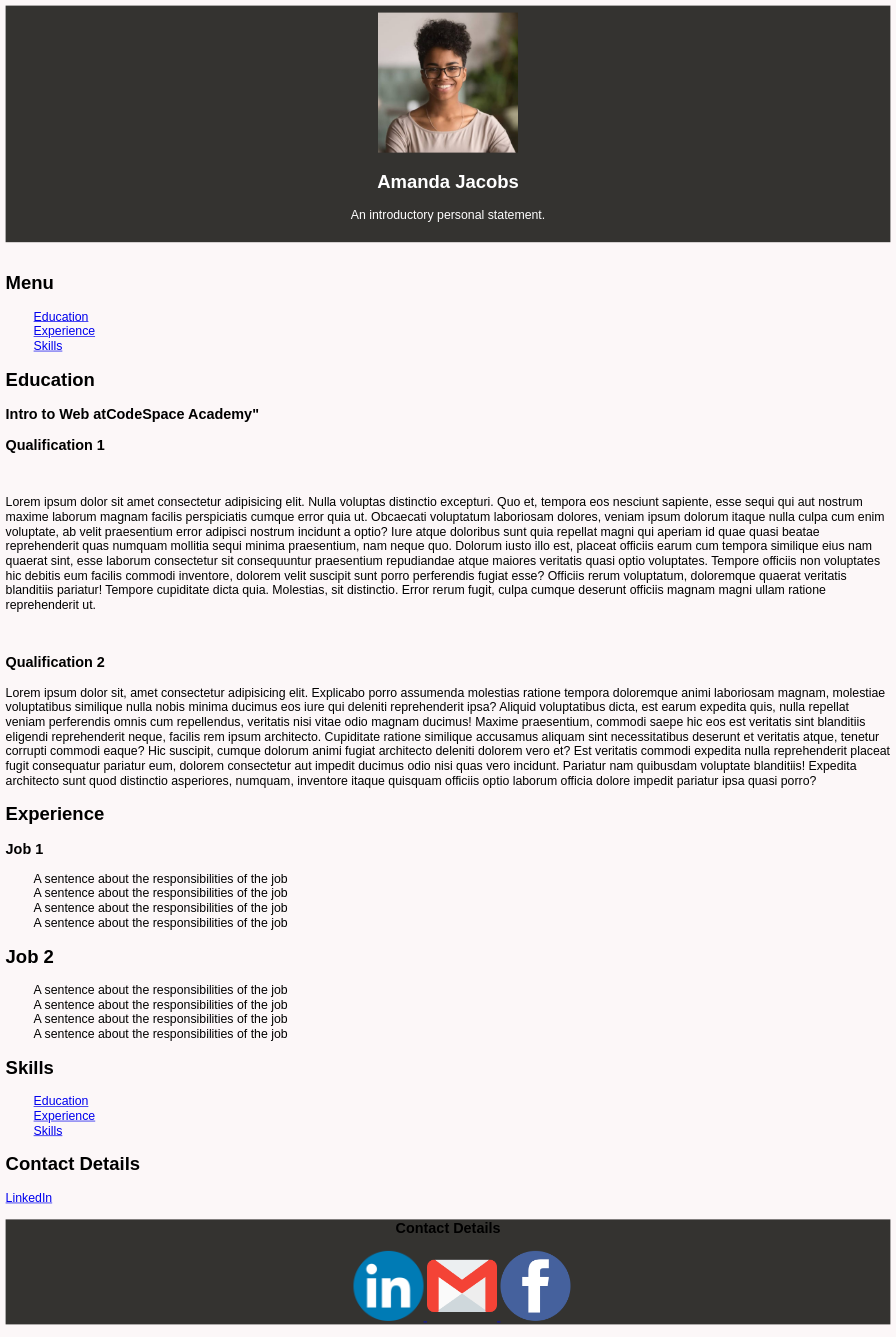
Repository: LeonardMhere/Resume-3
Page: resume `3/index.html
These files come from the project's save history. The page is drawn as it stood at one moment and after the next save; the edit follows.
The browser window is 1280 px wide. The pictures show the whole page, at 70% of full size.

Above is the page before, as saved 2023-03-23 09:12:58.

### resume `3/index.html
<!DOCTYPE html>
<html lang="en">
    <meta charset="UTF-8">
    <meta http-equiv="X-UA-Compatible" content="IE=edge">
    <meta name="viewport" content="width=device-width, initial-scale=1.0">
    <link rel="stylesheet" href="css/stylesheet.css">

<head>
    <title>Amanda Jacobs</title>
</head>

<body>


  <header id="heading">
 <aside>
   <img id="profilePhoto" src="./images/profilePhoto.jpeg" width="200px"
   alt="Error Thumbnail">

  <h1>Amanda Jacobs</h1>
  <p>An introductory personal statement.</p>

    </header>

    <br/>
<main>
  <section>
   <article>
     <div id="sidebar">
      <nav>
        <h2>Menu</h2>

    <ul class="nav-menu">
      <li><a href="education">Education</a></li>
      <li><a href="experience">Experience</a></li>
      <li><a href="skills">Skills</a></li>
  </ul>
</nav>
</aside>



<div class="box-1">
  <h2 id="education">Education</h2>
  <h3>Intro to Web at<a href="http://codespace.co.za/"></a>CodeSpace Academy"</a></h3>



  <h3>Qualification 1</h3>
  <br/>
     <p>Lorem ipsum dolor sit amet consectetur adipisicing elit. Nulla voluptas distinctio excepturi.
       Quo et, tempora eos nesciunt sapiente, esse sequi qui aut nostrum maxime laborum magnam facilis perspiciatis cumque error quia ut. Obcaecati voluptatum laboriosam dolores, veniam ipsum dolorum itaque nulla culpa cum enim voluptate,
       ab velit praesentium error adipisci nostrum incidunt a optio? Iure atque doloribus sunt quia repellat magni qui aperiam id quae quasi beatae reprehenderit quas numquam mollitia sequi minima praesentium, nam neque quo. Dolorum iusto illo est, placeat officiis earum cum tempora similique eius nam quaerat sint, esse laborum consectetur sit consequuntur praesentium repudiandae atque maiores veritatis quasi optio voluptates. Tempore officiis non voluptates hic debitis eum facilis commodi inventore, dolorem velit suscipit sunt porro perferendis fugiat esse? Officiis rerum voluptatum, doloremque quaerat veritatis blanditiis pariatur! Tempore cupiditate dicta quia. Molestias, sit distinctio. Error rerum fugit, culpa cumque deserunt officiis magnam magni ullam ratione reprehenderit ut.
      </p>
    </div>
      <br/>

  <div class="box-2">
   <h3>Qualification 2</h3>

      <p>
        Lorem ipsum dolor sit, amet consectetur adipisicing elit. Explicabo porro assumenda molestias ratione tempora doloremque animi laboriosam magnam, molestiae voluptatibus similique nulla nobis minima ducimus eos iure qui deleniti reprehenderit ipsa? Aliquid voluptatibus dicta, est earum expedita quis, nulla repellat veniam perferendis omnis cum repellendus, veritatis nisi vitae odio magnam ducimus! Maxime praesentium, commodi saepe hic eos est veritatis sint blanditiis eligendi reprehenderit neque, facilis rem ipsum architecto. Cupiditate ratione similique accusamus aliquam sint necessitatibus deserunt et veritatis atque, tenetur corrupti commodi eaque? Hic suscipit, cumque dolorum animi fugiat architecto deleniti dolorem vero et? Est veritatis commodi expedita nulla reprehenderit placeat fugit consequatur pariatur eum, dolorem consectetur aut impedit ducimus odio nisi quas vero incidunt. Pariatur nam quibusdam voluptate blanditiis! Expedita architecto sunt quod distinctio asperiores, numquam, inventore itaque quisquam officiis optio laborum officia dolore impedit pariatur ipsa quasi porro?
      </p>
    </div>


    <h2 id="experience">Experience</h2>

    <h3>Job 1</h3>
    <p>
        <ul>
            <li>A sentence about the responsibilities of the job</li>
            <li>A sentence about the responsibilities of the job</li>
            <li>A sentence about the responsibilities of the job</li>
            <li>A sentence about the responsibilities of the job</li>
        </ul>
    </p>



    <h2>Job 2</h2>

     <p>
        <ul>
            <li>A sentence about the responsibilities of the job</li>
            <li>A sentence about the responsibilities of the job</li>
            <li>A sentence about the responsibilities of the job</li>
            <li>A sentence about the responsibilities of the job</li>
        </ul>
     </p>



      <h2 id="skills">Skills</h2>

<ul>
  <li><a href="#education">Education</a></li>
  <li><a href="#experience">Experience</a></li>
  <li><a href="#Skills">Skills</a></li>
</ul>
</p>

<h2>Contact Details</h2>
<p><a href="http://linkedin.com">LinkedIn</a>

    </section>
  </article>
</main>








<footer>
    <h3>Contact Details</h3>
    <ul>
       <a href="http://linkedin.com" target="_blank">
           <img class="icons" src="images/linkedinIcon.png"
           alt="Amanda Jacobs Linkedin"
           width="100px">

       </a>

       <a href="//http://gmail.com" target="_blank">
        <img class="icons" src="images/gmailIcon.png"
        alt="Amanda Jacobs Gmail"
        width="100px">
       </a>

       <a href="//http://facebook.com" target="_blank">
        <img class="icons" src="images/facebookIcon.png"
        alt="Amanda Jacobs facebook Account"
        width="100px">
       </a>
</ul>
</footer>











</body>
</html>

### resume `3/css/stylesheet.css
body{
  font-family: sans-serif;
  font-size:110%;
  background-color: #FCF7F8;
}

header {
  text-align: center;
  background-color: #343330;
  color: white;
  padding: 10px 0 10px ;
}

menu {
  background-color: #343330;
}


.nav-menu{
    border: ;
    width: fit-content;
    padding left: 10px;
    padding right: 10px;
    overflow: auto;
    background-color:
}

ul {
  list-style: none;
}





footer {
  background-color: #343330;
  text-align: center;
}

After the next save:
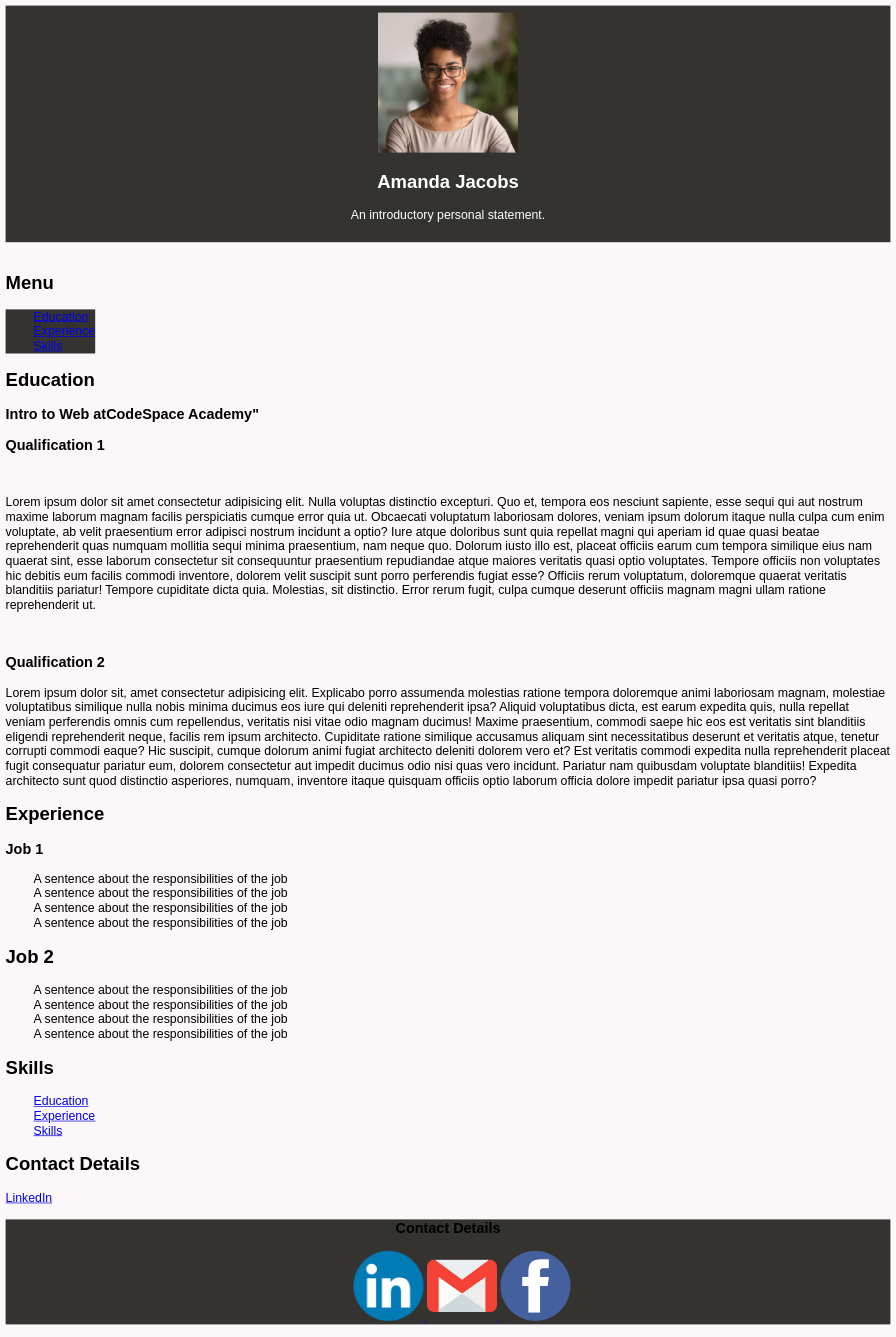
Saved 56 s later.
--- a/resume `3/css/stylesheet.css
+++ b/resume `3/css/stylesheet.css
@@ -17,7 +17,7 @@
 
 
 .nav-menu{
-    border: ;
+    background-color:#343330;
     width: fit-content;
     padding left: 10px;
     padding right: 10px;

After the 3 saves that followed:
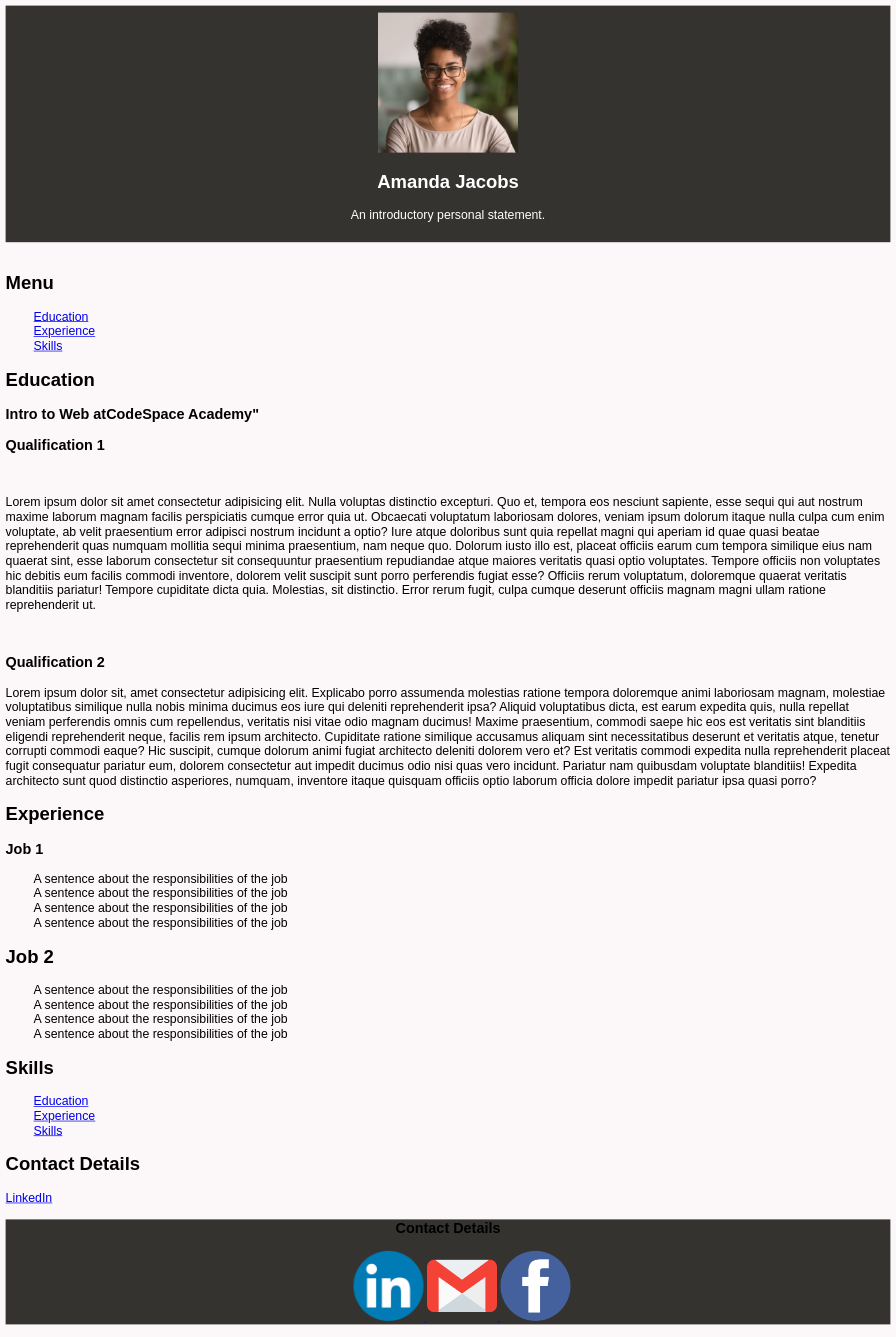
The 3 saves are shown as one change because 2 left the picture as it was.
The last was saved 3 min 33 s later.
--- a/resume `3/index.html
+++ b/resume `3/index.html
@@ -30,7 +30,7 @@
       <nav>
         <h2>Menu</h2>
 
-    <ul class="nav-menu">
+    <ul>
       <li><a href="education">Education</a></li>
       <li><a href="experience">Experience</a></li>
       <li><a href="skills">Skills</a></li>
--- a/resume `3/css/stylesheet.css
+++ b/resume `3/css/stylesheet.css
@@ -11,16 +11,11 @@
   padding: 10px 0 10px ;
 }
 
-menu {
-  background-color: #343330;
-}
 
 
 .nav-menu{
     background-color:#343330;
     width: fit-content;
-    padding left: 10px;
-    padding right: 10px;
     overflow: auto;
     background-color:
 }
